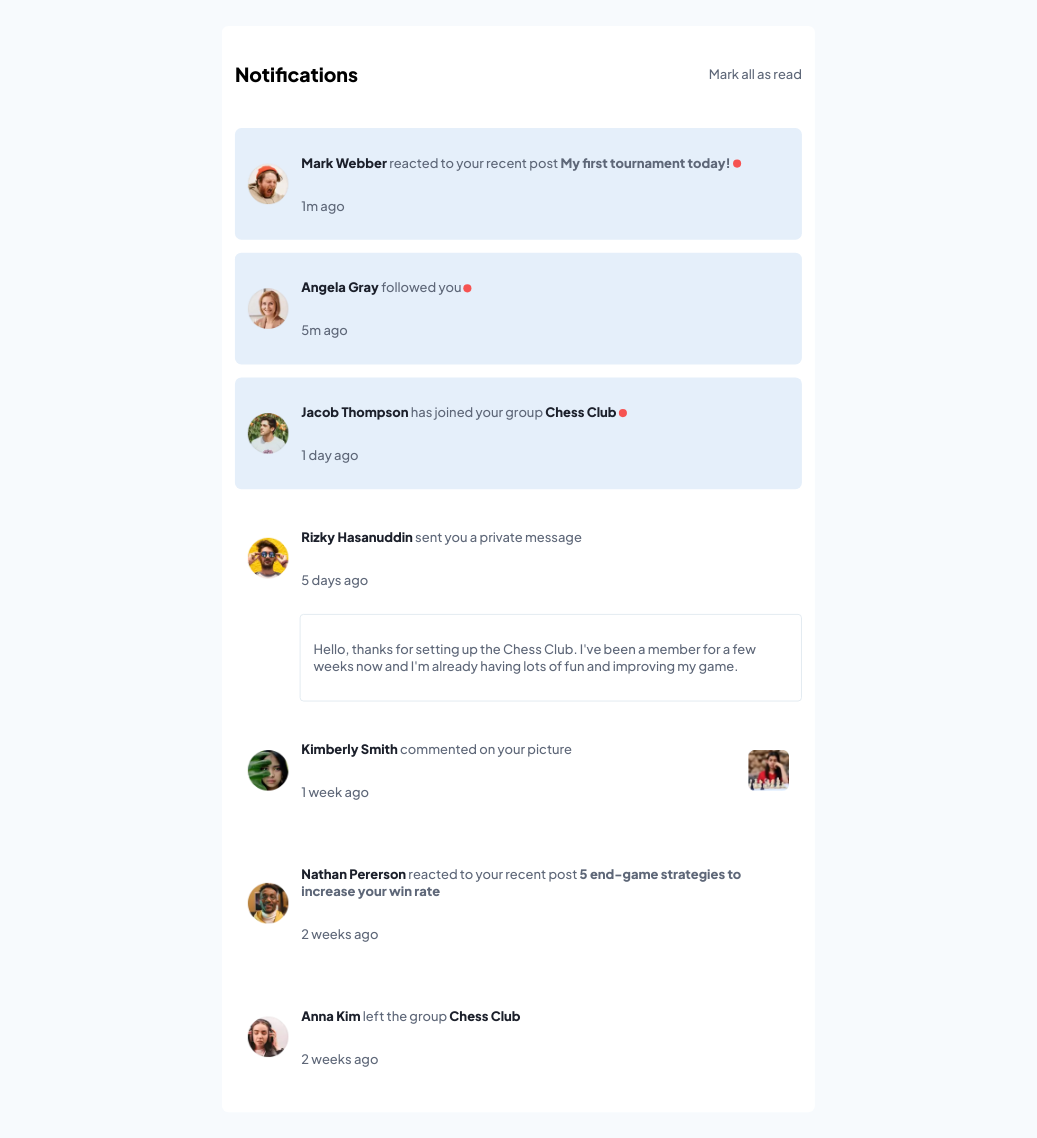
Repository: yerk00/Practicando-python
Page: Notifications-page-main/index.html
An editor plug-in stored every save of this project. The page is shown before and after the next save, followed by the edit.
The browser window is 1280 px wide. The pictures show the whole page, at 81% of full size.

Above is the page before, as saved 2023-04-13 20:35:18.
Console error: TypeError: Cannot set properties of null (setting 'innerText')

### Notifications-page-main/index.html
<!DOCTYPE html>
<html lang="en">
  <head>
    <meta charset="UTF-8" />
    <meta name="viewport" content="width=device-width, initial-scale=1.0" />
    <!-- displays site properly based on user's device -->
    <link
      rel="icon"
      type="image/png"
      sizes="32x32"
      href="./images/favicon-32x32.png"
    />
    <link rel="stylesheet" href="style.css" />
    <link rel="preconnect" href="https://fonts.googleapis.com">
    <link rel="preconnect" href="https://fonts.gstatic.com" crossorigin>
    <link href="https://fonts.googleapis.com/css2?family=Plus+Jakarta+Sans:wght@500;800&display=swap" rel="stylesheet">
    <title>Frontend Mentor || Notifications-page</title>
  </head>
  <body>
    <div class="cont-c">
      <header>
        <div class="notb">
          <h2 class="title">Notifications</h2>
          <span id="notifes"></span>
        </div>
        <p id="mark_all">Mark all as read</p>
      </header>
      <main>
        <div class="notif_card unread">
          <img src="./assets/images/avatar-mark-webber.webp" alt="avatar" />
          <div class="description">
            <p class="user_activity">
              <strong>Mark Webber</strong> reacted to your recent post
              <b>My first tournament today!</b>
            </p>
            <p class="time">1m ago</p>
          </div>
        </div>
        <div class="notif_card unread">
          <img src="./assets/images/avatar-angela-gray.webp" alt="avatar" />
          <div class="description">
            <p class="user_activity">
              <strong>Angela Gray</strong> followed you
            </p>
            <p class="time">5m ago</p>
          </div>
        </div>
        <div class="notif_card unread">
          <img src="./assets/images/avatar-jacob-thompson.webp" alt="avatar" />
          <div class="description">
            <p class="user_activity">
              <strong>Jacob Thompson</strong> has joined your group
              <strong class="link">Chess Club</strong>
            </p>
            <p class="time">1 day ago</p>
          </div>
        </div>
        <div>
          <div class="notif_card">
          <div class="message_card">
            <img
            src="./assets/images/avatar-rizky-hasanuddin.webp"
            alt="avatar"
          />
          <div class="description">
            <p class="user_activity">
              <strong>Rizky Hasanuddin</strong> sent you a private message
            </p>
            <p class="time">5 days ago</p>
          </div>
          </div>
        </div>
        <div class="message">
              <p>
                Hello, thanks for setting up the Chess Club. I've been a member
                for a few weeks now and I'm already having lots of fun and
                improving my game.
              </p>
            </div>
        </div>

        <div class="notif_card">
          <img src="./assets/images/avatar-kimberly-smith.webp" alt="avatar" />
          <div class="description">
            <p class="user_activity">
              <strong>Kimberly Smith</strong> commented on your picture
            </p>
            <p class="time">1 week ago</p>
          </div>
          <img src="./assets/images/image-chess.webp" class="chess_img" alt="chess" />
        </div>
        <div class="notif_card">
          <img src="./assets/images/avatar-nathan-peterson.webp" alt="avatar" />
          <div class="description">
            <p class="user_activity">
              <strong>Nathan Pererson</strong> reacted to your recent post
              <b>5 end-game strategies to increase your win rate</b>
            </p>
            <p class="time">2 weeks ago</p>
          </div>
        </div>
        <div class="notif_card">
          <img src="./assets/images/avatar-anna-kim.webp" alt="avatar" />
          <div class="description">
            <p class="user_activity">
              <strong>Anna Kim</strong> left the group
              <strong class="link">Chess Club</strong>
            </p>
            <p class="time">2 weeks ago</p>
          </div>
        </div>
      </main>
    </div>

    <script src="app.js"></script>
  </body>
</html>

### Notifications-page-main/style.css
@import url("https://fonts.googleapis.com/css2?family=Plus+Jakarta+Sans:wght@500;800&display=swap");
:root {
  font-family: 'Plus Jakarta Sans', sans-serif;

  /* primary colors */
  --Red: hsl(1, 90%, 64%);
  --Blue: hsl(219, 85%, 26%);
  --White: hsl(0, 0%, 100%);


  --Very-light-grayish-blue: hsl(210, 60%, 98%);
  --Light-grayish-blue-1: hsl(211, 68%, 94%);
  --Light-grayish-blue-2: hsl(205, 33%, 90%);
  --Grayish-blue: hsl(219, 14%, 63%);
  --Dark-grayish-blue: hsl(219, 12%, 42%);
  --Very-dark-blue: hsl(224, 21%, 14%);
}


body {
  padding: 0;
  margin: 0;
  box-sizing: border-box;
  min-height: 100vh;
  display: flex;
  justify-content: center;
  background-color: var(--Very-light-grayish-blue);
}
.cont-c {
  margin: 2rem;
  width: 700px;
  background-color: var(--White);
  padding: 1.5rem 1rem;
  border-radius: 0.5rem;
}
header {
  display: flex;
  align-items: center;
  justify-content: space-between;
  margin-bottom: 2rem;
}
.notb {
  display: flex;
  align-items: center;
}
#notificaciones {
  background-color: var(--Blue);
  margin-left: 0.5rem;
  width: 35px;
  display: flex;
  align-items: center;
  justify-content: center;
  height: 30px;
  color: var(--White);
  font-weight: 800;
  border-radius: 0.5rem;
}
#mark_all {
  cursor: pointer;
}
#mark_all:hover {
  color: var(--Blue);
}
p {
  color: var(--Dark-grayish-blue);
}
main {
  display: flex;
  flex-direction: column;
  gap: 1rem;
}
.notif_card {
  display: flex;
  align-items: center;
  border-radius: 0.5rem;
  padding: 1rem;
}
img{
  width: 50px;
}
.description{
  margin-left: 1rem;
  display: flex;
  flex-direction: column;
  justify-content: space-between;
}
strong{
  color: var(--Very-dark-blue);
  cursor: pointer;
}
strong:hover{
  color: var(--Blue);
}
.unread{
  background-color: var(--Light-grayish-blue-1) !important;
}
.unread p:first-of-type::after{
  content: " ";
  background-color: var(--Red);
  width: 10px;
  height: 10px;
  display: inline-block;
  border-radius: 50%;
}
.message_card{
  display: flex;
  align-items: center;

}
.message{
  padding: 1rem;
  border: 1px solid var(--Light-grayish-blue-2);
  border-radius: .3rem;
  cursor: pointer;
  margin: 0 0 0 5rem;
}
.message:hover{
  background-color: var(--Light-grayish-blue-1);
}
.chess_img{
margin-left: auto;
}

@media screen and (max-width:550px) {
  .container{
    margin: 0;
  }
}

### Notifications-page-main/app.js
const unreadMessages = document.querySelectorAll(".unread");
const unread = document.getElementById("notificaciones");
const markAll = document.getElementById("mark_all");
unread.innerText=unreadMessages.length

unreadMessages.forEach((message) => {
    message.addEventListener("click", () => {
        message.classList.remove("unread");
        const newUnreadMessages = document.querySelectorAll(".unread");
        unread.innerText = newUnreadMessages.length;
    })
})
markAll.addEventListener("click", () => {
    unreadMessages.forEach(message => message.classList.remove("unread"))
    const newUnreadMessages = document.querySelectorAll(".unread");
    unread.innerText = newUnreadMessages.length;
})

After the next save:
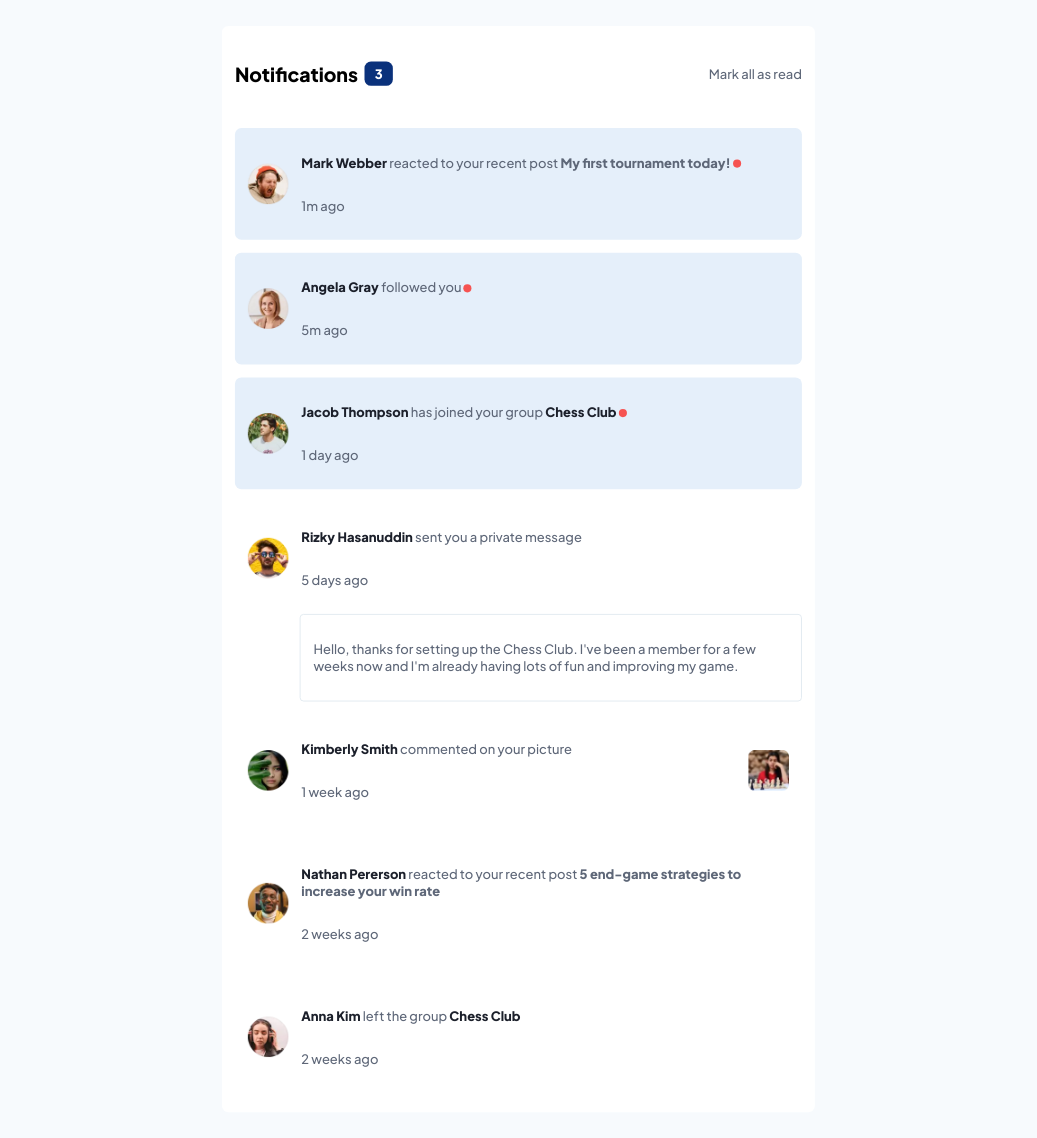
The error is gone.
Saved 2 s later.
--- a/Notifications-page-main/index.html
+++ b/Notifications-page-main/index.html
@@ -21,7 +21,7 @@
       <header>
         <div class="notb">
           <h2 class="title">Notifications</h2>
-          <span id="notifes"></span>
+          <span id="notificaciones"></span>
         </div>
         <p id="mark_all">Mark all as read</p>
       </header>
